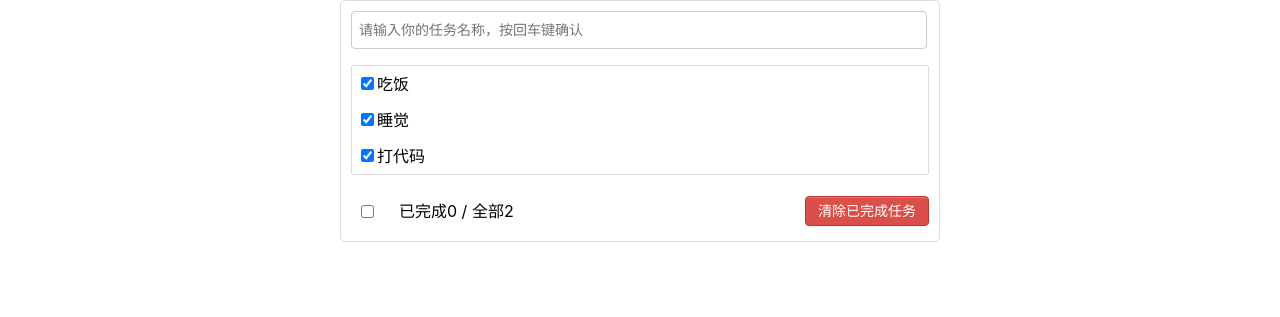
Repository: 0118Inory/react_bases
Page: /
An editor plug-in stored every save of this project. The page is shown before and after the next save, followed by the edit.
The browser window is 1280 px wide. The pictures show the whole page.
The project was rebuilt for these pictures with package versions that can differ from the ones it lists, and the page was loaded fresh each time.

Above is the page before, as saved 2022-03-01 11:08:45.

After the next save:
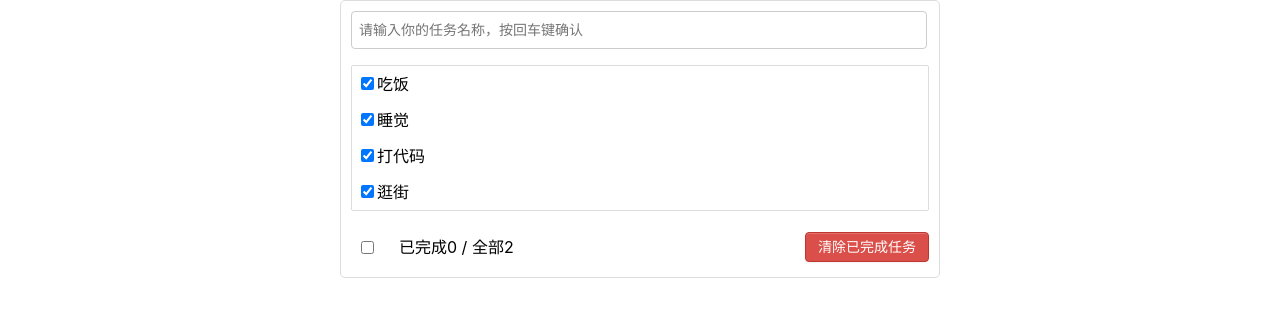
Saved 23 s later.
--- a/src/App.js
+++ b/src/App.js
@@ -10,6 +10,7 @@ export default class App extends Component {
     {id:'001',name:'吃饭',done:'true'},
     {id:'002',name:'睡觉',done:'true'},
     {id:'003',name:'打代码',done:'false'},
+    {id:'004',name:'逛街',done:'false'},
   ]}
   render() {
     const {todos} =this.state
